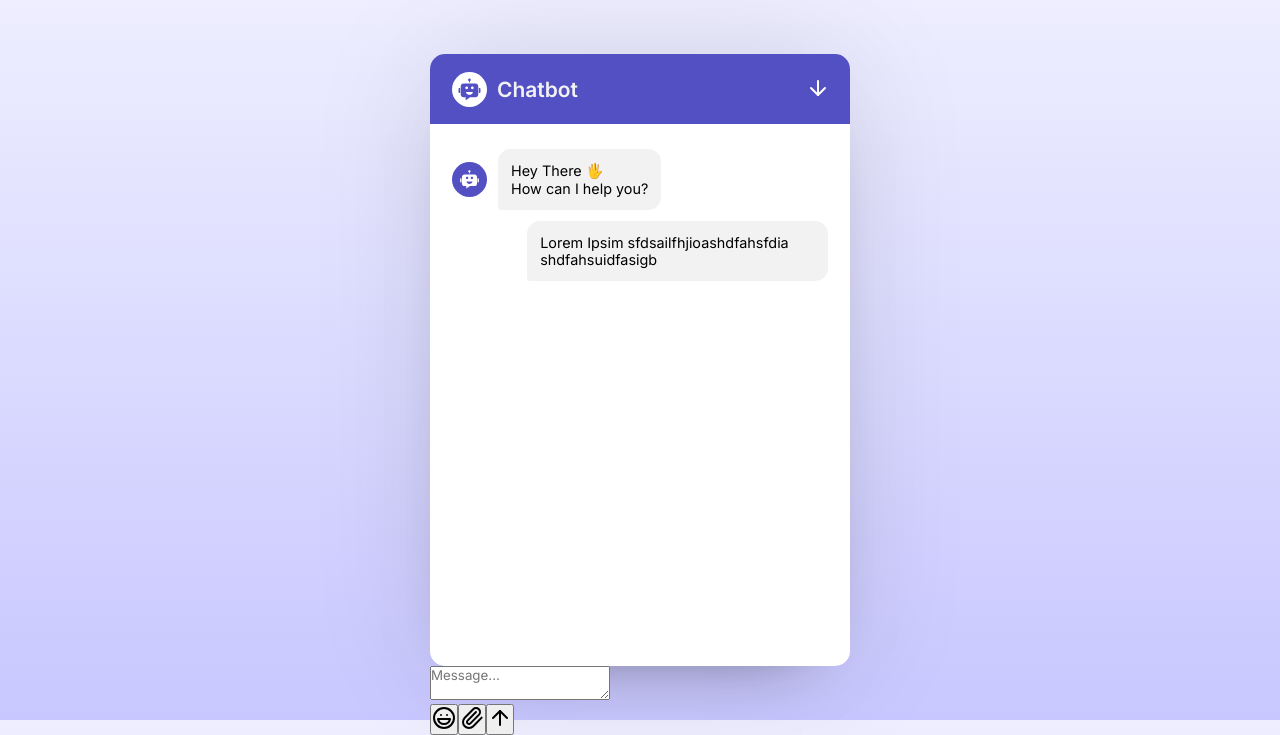
Repository: guilhermecardoso93/ai-bot
Page: /
An editor plug-in stored every save of this project. The page is shown before and after the next save, followed by the edit.
The browser window is 1280 px wide. The pictures show the whole page.
The project was rebuilt for these pictures with package versions that can differ from the ones it lists, and the page was loaded fresh each time. Also part of the build but not shown: vite.config.js.

Above is the page before, as saved 2024-11-12 19:43:57.

After the next save:
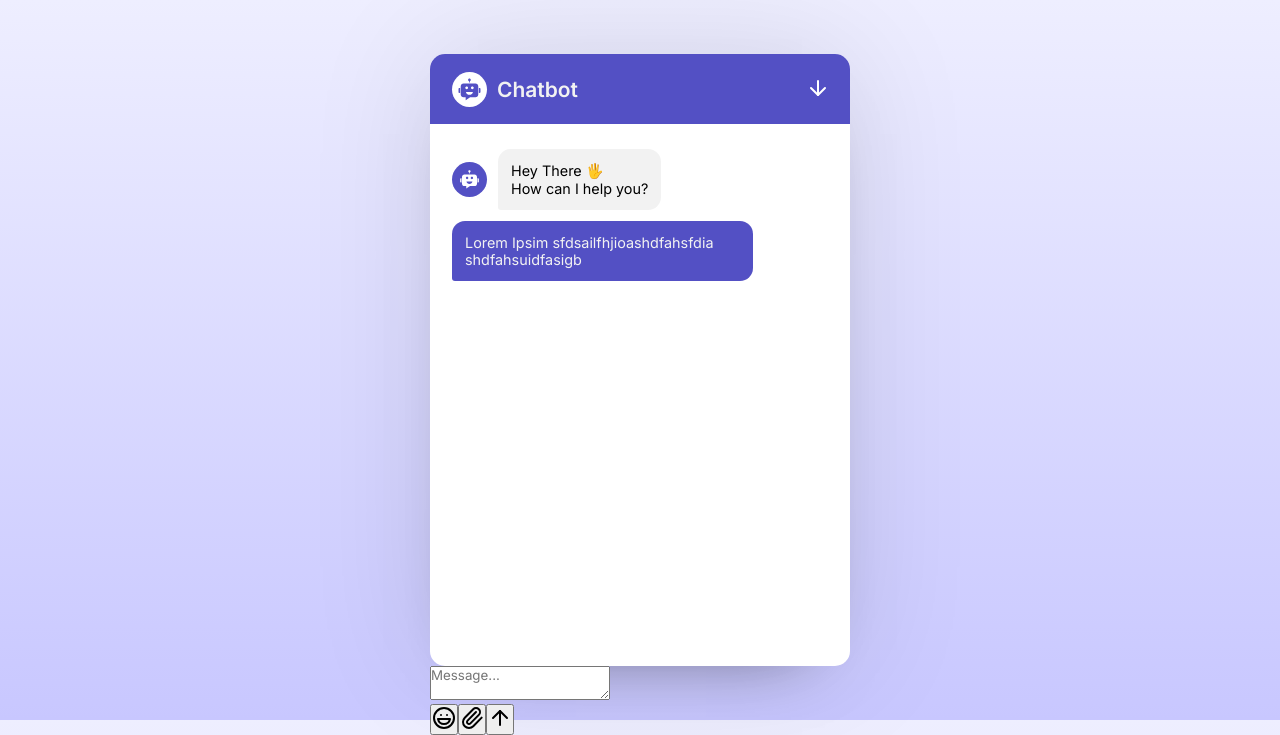
Saved 39 s later.
--- a/src/components/Main.jsx
+++ b/src/components/Main.jsx
@@ -42,8 +42,8 @@ export function Main() {
               How can I help you?
             </p>
           </div>
-          <div className="message-user">
-            <p className="message-text user-message">
+          <div className="user-message">
+            <p className="message-text ">
               Lorem Ipsim sfdsailfhjioashdfahsfdia shdfahsuidfasigb
             </p>
           </div>
